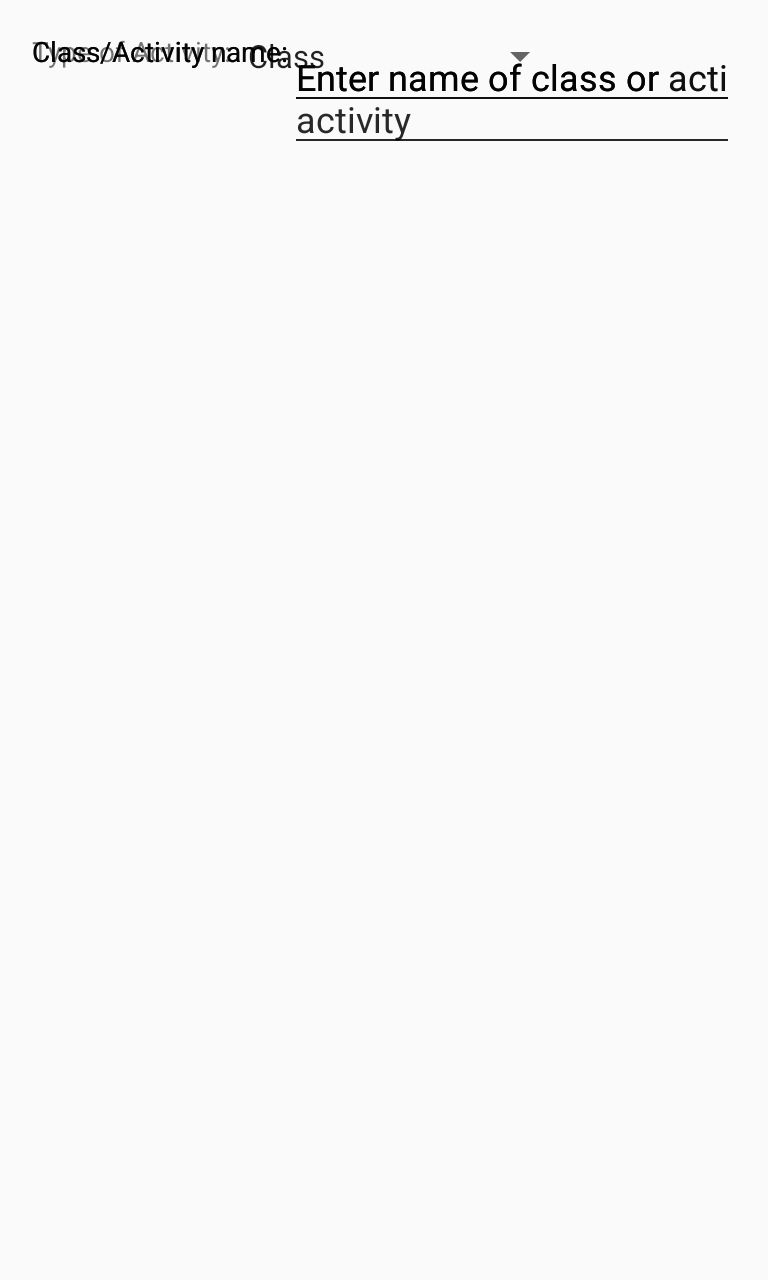
Repository: recursor94/hackathonspring2014
Layout: StudentPlanner/res/layout/fragment_new_endeavor.xml
The author's editor kept a copy of each file at every save. The layout is drawn from the files as they stood at one save, then again after the next save.
It is drawn on a 768 x 1280 px phone screen (xhdpi) without system bars, with theme AppTheme; the app's code is not run.

Above is the layout before, as saved 2014-04-05 15:44:09.

After the next save:
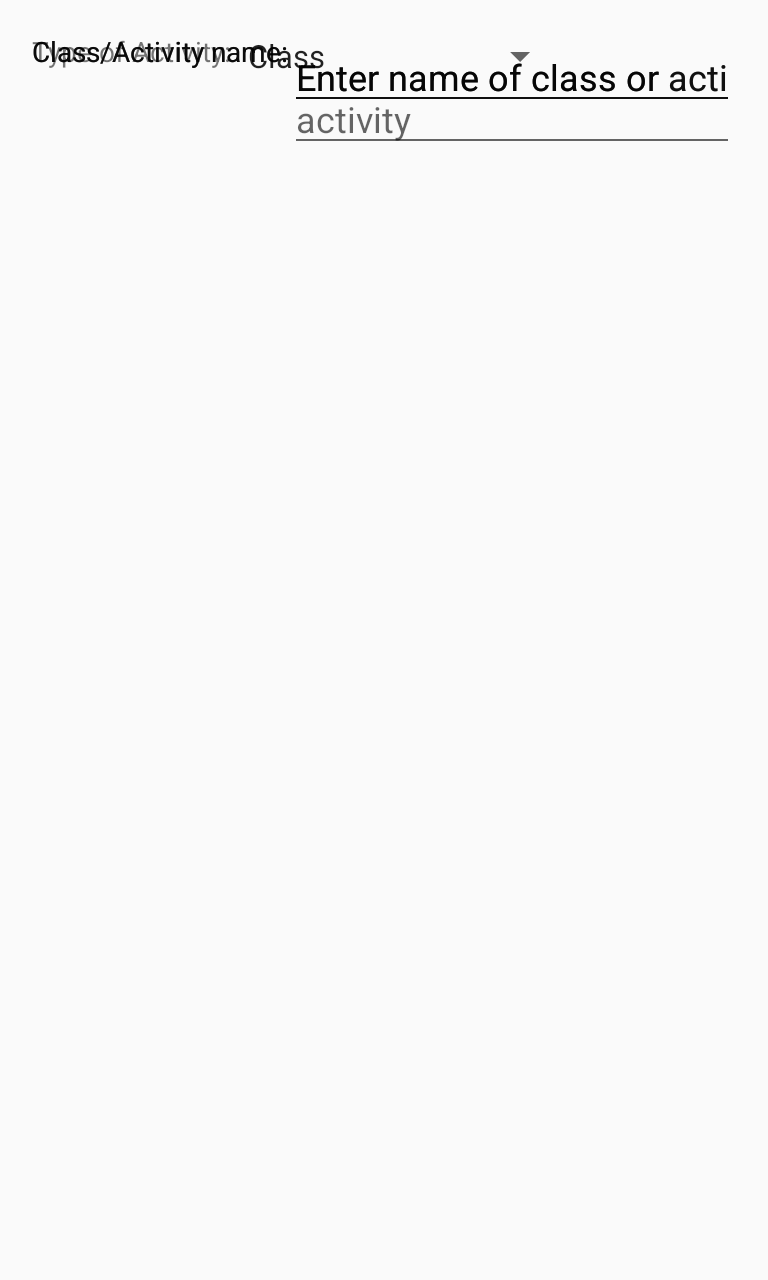
Saved 12 s later.
--- a/StudentPlanner/res/layout/fragment_new_endeavor.xml
+++ b/StudentPlanner/res/layout/fragment_new_endeavor.xml
@@ -94,21 +94,4 @@
         android:layout_alignParentTop="true" />
 
 
-
-                      <TextView
-        android:id="@+id/nameField"
-        android:layout_width="wrap_content"
-        android:layout_height="wrap_content"
-        android:text="@string/nameField"
-        android:layout_alignParentLeft="true"
-        android:layout_alignParentTop="true" />
-
-       <EditText
-        android:id="@+id/nameEntry"
-        android:hint="@string/nameEntry"
-        android:layout_width="wrap_content"
-        android:layout_height="wrap_content"
-        android:layout_toRightOf="@id/nameField"
-        android:layout_alignParentTop="true" />
-
 </RelativeLayout>
